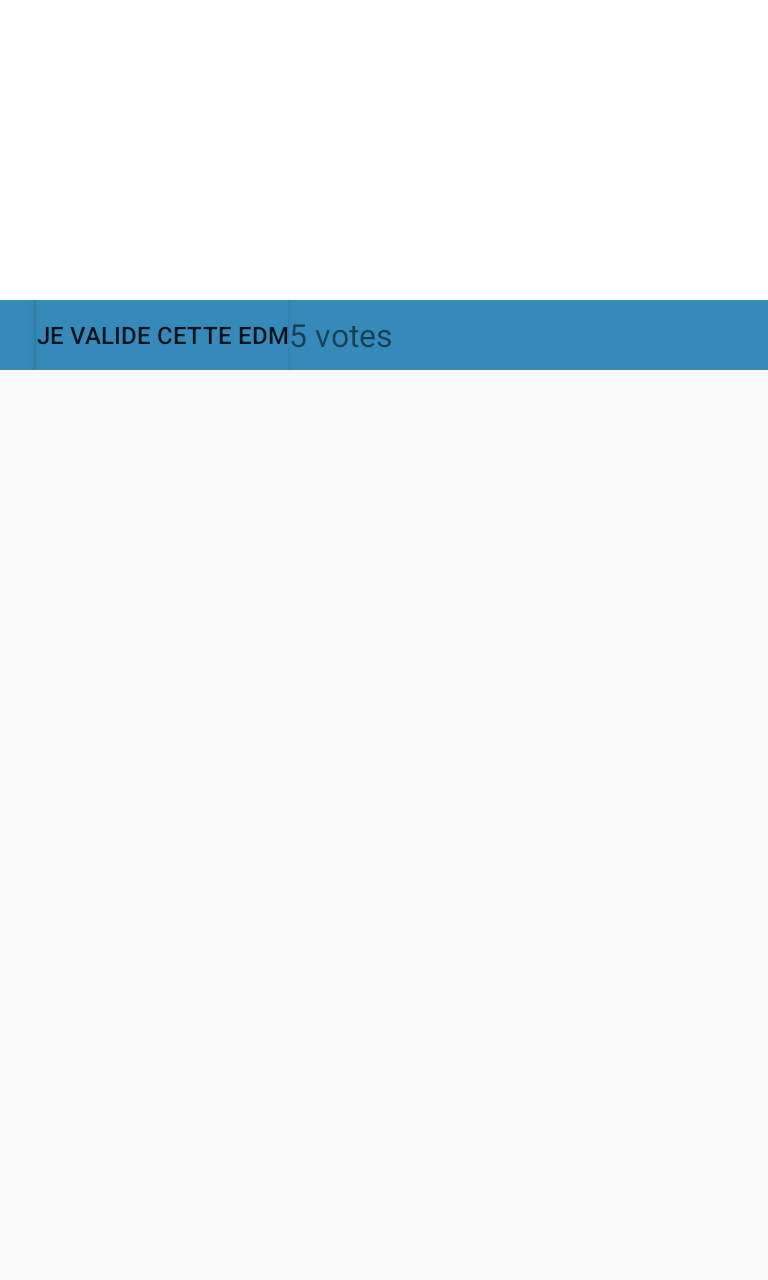
Repository: pierrealexvezinet/excusedemerde
Layout: edm/res/layout/edm_textview_layout.xml
The author's editor kept a copy of each file at every save. The layout is drawn from the files as they stood at one save, then again after the next save.
It is drawn on a 768 x 1280 px phone screen (xhdpi) without system bars, with theme Theme.AppCompat.Light; the app's code is not run.

Above is the layout before, as saved 2014-02-23 02:42:40.

### edm/res/layout/edm_textview_layout.xml
<?xml version="1.0" encoding="utf-8"?>
<LinearLayout xmlns:android="http://schemas.android.com/apk/res/android"
    android:id="@+id/edm_accueil_llt"
    android:layout_width="match_parent"
    android:layout_height="match_parent"
    android:orientation="vertical" >

    <RelativeLayout
        android:layout_width="match_parent"
        android:layout_height="150dp"
        android:background="@color/edm_blue_dark_background"
        android:orientation="vertical" >

        <TextView
            android:id="@+id/tv_edm_post"
            android:layout_width="match_parent"
            android:layout_height="match_parent"
            android:background="#FFFFFF"
            android:gravity="center_vertical"
            android:minHeight="?android:attr/listPreferredItemHeight"
            android:paddingLeft="6dip"
            android:textAppearance="?android:attr/textAppearanceLarge"
            android:textColor="#000000"
            android:textSize="12sp" />
    </RelativeLayout>

    <RelativeLayout
        android:layout_width="match_parent"
        android:layout_height="35dp"
        android:background="@color/btn_forum_color"
        android:orientation="vertical" >

        <RelativeLayout
            android:layout_width="match_parent"
            android:layout_height="match_parent"
            android:background="@color/edm_blue_dark_background"
            android:gravity="left" >

            <TextView
                android:id="@+id/tv_edm_post_date"
                android:layout_width="wrap_content"
                android:layout_height="fill_parent"
                android:gravity="center"
                android:minHeight="?android:attr/listPreferredItemHeight"
                android:paddingLeft="6dip"
                android:textAppearance="?android:attr/textAppearanceLarge"
                android:textColor="@color/white"
                android:textSize="12sp" />

            <TextView
                android:id="@+id/tv_edm_post_hour"
                android:layout_width="wrap_content"
                android:layout_height="fill_parent"
                android:layout_toRightOf="@id/tv_edm_post_date"
                android:gravity="center_vertical"
                android:minHeight="?android:attr/listPreferredItemHeight"
                android:paddingLeft="6dip"
                android:textAppearance="?android:attr/textAppearanceLarge"
                android:textColor="@color/white"
                android:textSize="12sp" />

            <TextView
                android:id="@+id/tv_edm_post_auteur"
                android:layout_width="wrap_content"
                android:layout_height="fill_parent"
                android:layout_toRightOf="@+id/tv_edm_post_hour"
                android:gravity="center_vertical"
                android:minHeight="?android:attr/listPreferredItemHeight"
                android:paddingLeft="6dip"
                android:textAppearance="?android:attr/textAppearanceLarge"
                android:textColor="@color/white"
                android:textSize="12sp" />

            <Button
                android:id="@+id/bt_valider_edm"
                android:layout_width="wrap_content"
                android:layout_height="wrap_content"
                android:layout_alignParentTop="true"
                android:layout_toRightOf="@+id/tv_edm_post_auteur"
                android:background="@color/edm_blue_dark_background"
                android:text="@string/text_btn_valider_edm"
                android:textSize="12sp" />

            <TextView
                android:id="@+id/tv_edm_nb_like"
                android:layout_width="wrap_content"
                 android:layout_height="fill_parent"
                android:gravity="center"

                android:layout_toRightOf="@+id/bt_valider_edm"
                android:background="@color/edm_blue_dark_background"
                android:text="5 votes"
                android:textSize="16sp" />
        </RelativeLayout>
    </RelativeLayout>

</LinearLayout>

### edm/res/values/colors.xml
<?xml version="1.0" encoding="utf-8"?>
<resources>

    <color name="edm_blue_background" >#AAD2E9</color>
    <color name="edm_blue_dark_background">#368ABA</color>
    <color name="btn_accueil_color">#D98E20</color>
    <color name="btn_forum_color">#97AC72</color>
    <color name="btn_shopping_color">#EA877B</color>
    <color name="btn_account_color">#D0AEC6</color>
    <color name="btn_pipotek_color">#C6CAFB</color>
    <color name="btn_parametres_color">#B877D6</color>


    <color name="bg_start">#000000</color>
    <color name="bg_end">#293436</color>
    <color name="bg_mentions_start">#529d07</color>
    <color name="bg_mentions_end">#d3ff00</color>
    <color name="bg">#FFF</color>
    <color name="bg_dialog">#adadad</color>
    <color name="catalog_titlebar_background">#60ab21</color>
    <color name="reduction_titlebar_background">#60ab21</color>
    <color name="menu_background">#FFF</color>
    <color name="menu_background_selected">#888</color>
    <color name="bg_selectedcell">#3C3A3A</color>
    <color name="bt_text">#352a26</color>
    <color name="text_info">#999999</color>
    <color name="text_green">#ADCB10</color>
    <color name="text_black">#000000</color>
    <color name="text_lightgrey">#989898</color>
    <color name="text_grey">#888888</color>
    <color name="blanc">#FFFFFF</color>
    <color name="white">#FFFFFF</color>
    <color name="debug">#33FF0000</color>
    <color name="debug2">#3300FF00</color>
    <color name="translucent_black">#AA000000</color>
    <color name="transparent">#00000000</color>
    <color name="pink">#D3007E</color>
    <color name="red">#F00</color>
    <color name="background">#88000000</color>
    <color name="pense_bete_text">#000000</color>
    <color name="my_list_parent_text">#181947</color>
    <color name="edm_green">#83af0b</color>
    <color name="edm_green_tap">#9eca32</color>
    <color name="edm_green_translucent">#CC83af0b</color>
    <color name="edm_green_translucent_tap">#CC9eca32</color>
    <color name="edm_pink">#cb0081</color>
    <color name="edm_pink_tap">#FF82C6</color>
    <color name="edm_pink_translucent">#CCcb0081</color>
    <color name="edm_pink_translucent_tap">#CCFF82C6</color>
    <color name="edm_white_translucent">#CCFFFFFF</color>
    <color name="edm_black_translucent">#CC000000</color>
    <color name="edm_grey_solid">#6f6d6d</color>
    <color name="edm_orange">#ff6c00</color>
    <color name="edm_light_orange">#ff912C</color>
    <color name="edm_white_cream">#efeae8</color>
    <color name="edm_cream_button">#f2eeec</color>
    <color name="edm_light_grey">#ccc2be</color>
    <color name="edm_black">#181947</color>
    <color name="edm_dark_grey">#a5918a</color>
    <color name="edm_dark_grey_translucent">#CCa5918a</color>
    <color name="edm_button_gray_text">#a5918a</color>
    <color name="edm_button_gray_background">#CCefeae8</color>
    <color name="edm_button_gray_deactivated_text">#efeae8</color>
    <color name="edm_button_gray_deactivated_background">#CCffffff</color>

</resources>

### edm/res/values/strings.xml
<?xml version="1.0" encoding="utf-8"?>
<resources>

    <!-- EDM GENERAL -->
    <string name="app_name">Excuse de merde</string>
    <string name="action_settings">Settings</string>
    <string name="drawer_open">Drawer ouvert</string>
    <string name="drawer_closed">Drawer fermé</string>
    <string name="ac_refresh">Refresh</string>

    <!-- EDM ALERT DIALOG PARAMETRES MES EDMS -->
    <string name="title_alert_dialog_retour_accueil">Information</string>
    <string name="button_valid_retour_accueil">Retourner à l\'accueil</string>
    <string name="message_aucunes_edms_utilisateur">Vous n\'avez pas d\'EDMs.</string>
    <string name="message_pas_connecte_voir_edms">Vous devez être connécté pour voir vos EDMs.</string>

    <!-- EDM ALERT DIALOG EDM FRAGMENT ACTIVITY CONNECTE POUR POSTER EDM -->
    <string name="title_alert_dialog_retour_to_post_edm">Attention</string>
    <string name="button_connect_me">Me connecter !</string>
    <string name="message_pas_connecte">Vous devez être connecté pour pouvoir poster des EDMs.</string>

    <!-- EDM MES EDMS -->
    <string name="app_name_mes_edms">Mes EDMs</string>

    <!-- EDM CLASSEMENT TOP TEN DES MYTHOS -->
    <string name="app_name_top_ten_des_mythos">Top 10 des mythos</string>

    <!-- EDM PROGRESS BAR -->
    <string name="chargement_en_cours">Chargement en cours</string>
    <string name="merci_de_patienter">Merci de patienter</string>

    <!-- EDM AUTHENTICATION -->
    <string name="app_name_authentication">Authentification</string>

    <!-- EDM ACCUEIL -->
    <string name="app_name_accueil">Accueil</string>

    <!-- EDM POSTER EDM -->
    <string name="app_name_poster_edm">Poster une EDM</string>
    <string name="poster_edm_bt">Poster une EDM</string>
    <string name="text_edm_to_post">Votre EDM se tape ici ...</string>
    <string name="text_edm_posted_with_succes">Votre EDM a été postée avec succès</string>
    <string name="text_btn_valider_edm">Je valide cette EDM</string>

    <!-- EDM ACCOUNT -->
    <string name="lieu_residence_user">Lieu de résidence :</string>
    <string name="civilite_user">Civilité :</string>
    <string name="date_naissance_user">Date de naissance :</string>
    <string name="visite_du_profil_user">Visite(s) du profil :</string>
    <string name="nb_commentaire_user">Commentaires :</string>
    <string name="nb_edms_user">Nombre de EDMs :</string>
    <string name="ma_photo">Ma photo :</string>
    <string name="non_renseigne">Aucun(e)</string>
    <string name="editer_profil">Editer mon profil</string>
    <string name="user_photo">user photo</string>

    <!-- EDM ROI DES MYTHOS -->
    <string name="app_name_roi_des_mythos">Roi des mythos</string>
    <string name="afficher_profil_roi_des_mythos">Afficher le profil</string>
    <string name="user_ne_souhaite_pas_partager_son_profil">Cet utilisateur n\'a pas souhaité partager les informations le concernant.</string>
    <string name="profil_user_hidden">Profil utlisateur caché</string>

    <!-- EDM EDIT ACCOUNT -->
    <string name="app_name_edition_profil">Edition profil</string>
    <string name="edit_civilite_user">Civilite</string>
    <string name="edit_date_de_naissance_user">Date de naissance</string>
    <string name="edit_ville_user">Résidence</string>
    <string name="edit_statut_user">Statut</string>
    <string name="edit_pays_user">Pays</string>
    <string name="edit_fuseau_user">user photo</string>
    <string name="edit_a_propos_user">A propos</string>
    <string name="edit_changer_photo_user">Avatar</string>
    <string name="edit_cacher_profil_user">Cacher Profil</string>
    <string name="valider_edition_edm">Valider</string>
    <string name="profil_mis_a_jour">Votre profil a correctement été mis à jour</string>

    <!-- EDM MENU DRAWER -->
    <string name="app_name_account">Mon Compte</string>
    <string name="drawer_menu_item_accueil">Accueil</string>
    <string name="drawer_menu_item_Forum">Forum</string>
    <string name="drawer_menu_item_Boutique">Boutique</string>
    <string name="drawer_menu_item_mon_compte">Mon compte</string>
    <string name="drawer_menu_item_pipotek">Pipotek</string>
    <string name="drawer_menu_item_parametres">Paramètres</string>

    <!-- EDM GENERAL -->


    <!-- EDM LOGIN -->
    <string name="pseudo_edm">Pseudo</string>
    <string name="password_edm">Mot de passe</string>
    <string name="remind_me_edm">Se souvenir de moi</string>
    <string name="connexion_edm">Connexion</string>

    <!-- EDM PARAMETRES -->
    <string name="app_name_parameters">Plus</string>
    <string name="mon_compte">MON COMPTE</string>
    <string name="forum">FORUM</string>
    <string name="boutique">BOUTIQUE</string>
    <string name="luminosite">LUMINOSITE</string>
    <string name="deconnexion">DECONNEXION</string>

    <!-- QUITTER EDM -->

    <string name="warning">Attention</string>
    <string name="quitt_edm_application">Souhaitez-vous vraiment quitter EDM ?</string>

</resources>

After the next save:
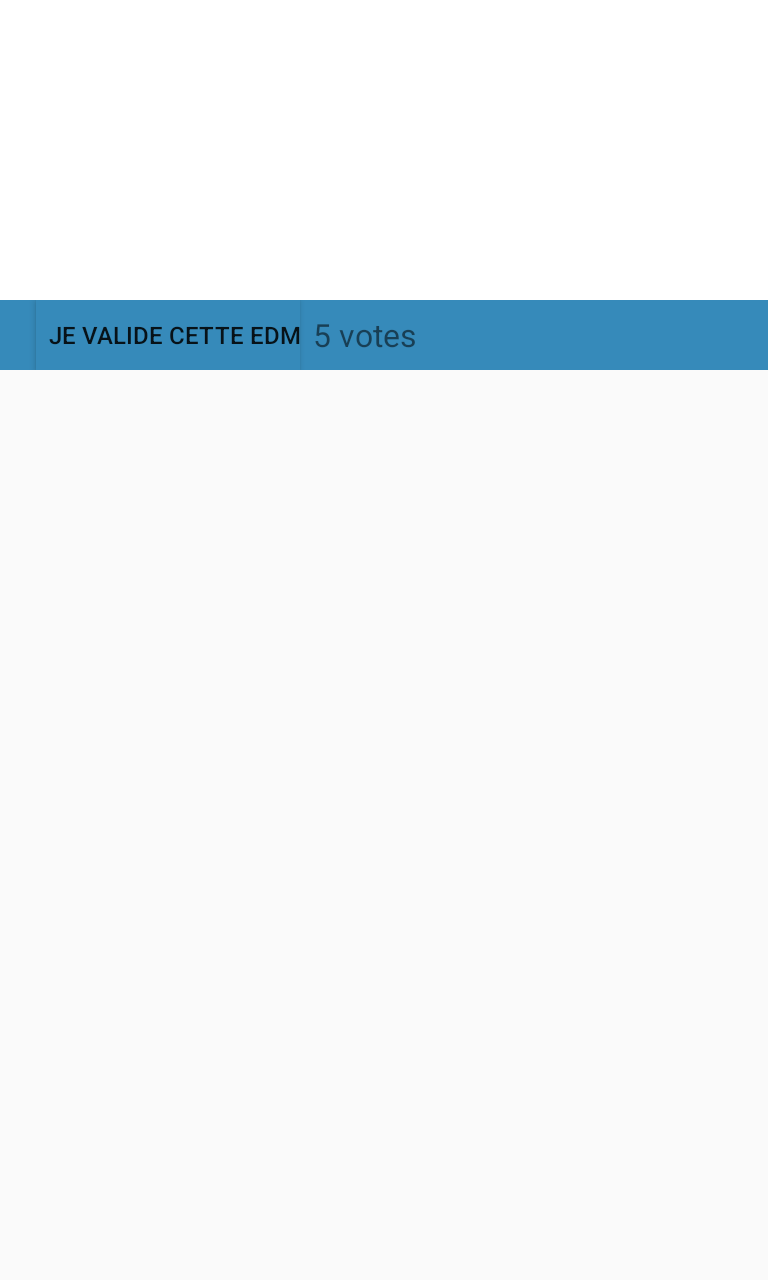
Saved 36 s later.
--- a/edm/res/layout/edm_textview_layout.xml
+++ b/edm/res/layout/edm_textview_layout.xml
@@ -76,6 +76,7 @@
                 android:layout_width="wrap_content"
                 android:layout_height="wrap_content"
                 android:layout_alignParentTop="true"
+                 android:paddingLeft="6dip"
                 android:layout_toRightOf="@+id/tv_edm_post_auteur"
                 android:background="@color/edm_blue_dark_background"
                 android:text="@string/text_btn_valider_edm"
@@ -86,7 +87,7 @@
                 android:layout_width="wrap_content"
                  android:layout_height="fill_parent"
                 android:gravity="center"
-
+               android:paddingLeft="6dip"
                 android:layout_toRightOf="@+id/bt_valider_edm"
                 android:background="@color/edm_blue_dark_background"
                 android:text="5 votes"
